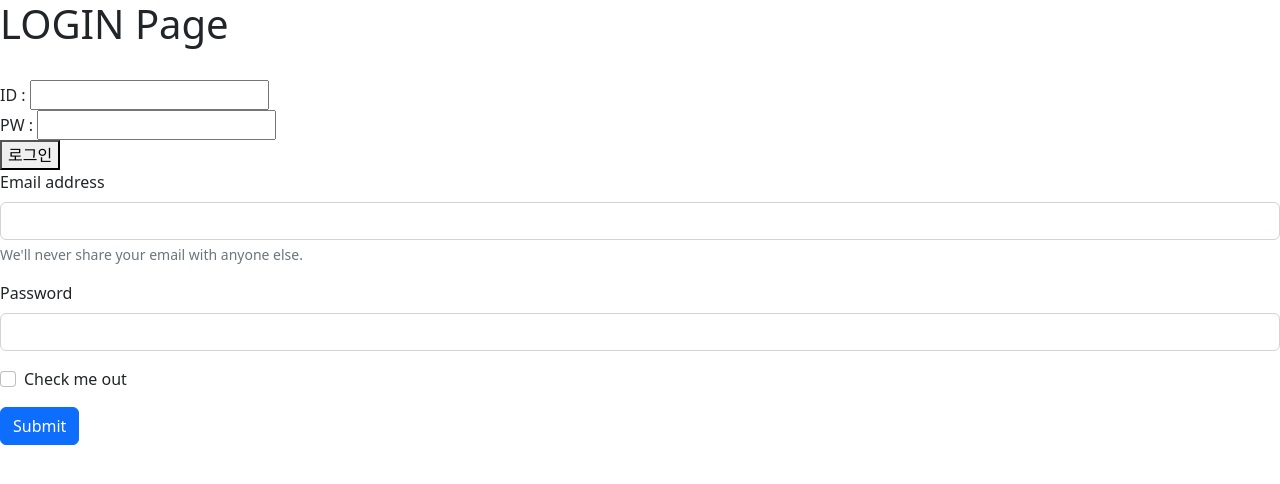
Repository: novemberjj/jsp
Page: http://localhost/jsp_project4/member/login.jsp
These files come from the project's save history. The page is drawn as it stood at one moment and after the next save; the edit follows.
The browser window is 1280 px wide. The pictures show the whole page.
The page is served by Tomcat 9.

Above is the page before, as saved 2023-05-31 01:10:34.

After the next save:
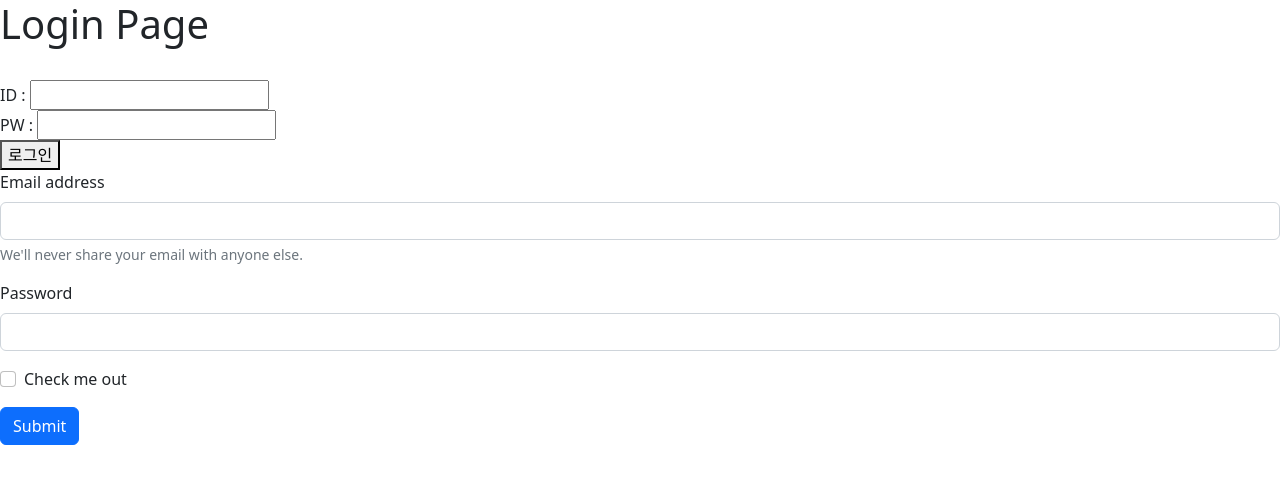
Saved 28 s later.
--- a/jsp_project4/jsp_project4/src/main/webapp/member/login.jsp
+++ b/jsp_project4/jsp_project4/src/main/webapp/member/login.jsp
@@ -9,7 +9,7 @@
 </head>
 <body>
 <script src="https://cdn.jsdelivr.net/npm/bootstrap@5.2.3/dist/js/bootstrap.bundle.min.js" integrity="sha384-kenU1KFdBIe4zVF0s0G1M5b4hcpxyD9F7jL+jjXkk+Q2h455rYXK/7HAuoJl+0I4" crossorigin="anonymous"></script>
-<h1>LOGIN Page</h1>
+<h1>Login Page</h1>
 <br>
 <form action="/mem/login_auth" method="post">
 ID : <input type="text" name="id"> <br>
